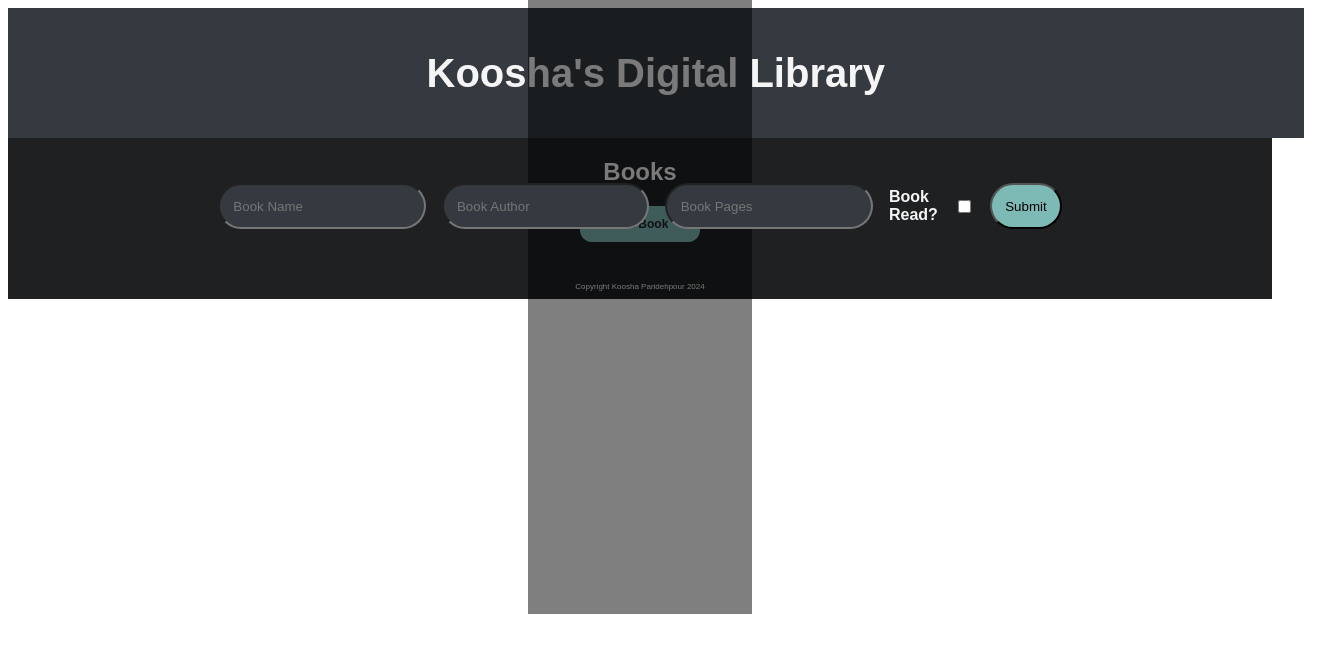
Repository: KooshaPari/odin-TTT
Page: index.html
These files come from the project's save history. The page is drawn as it stood at one moment and after the next save; the edit follows.
The browser window is 1280 px wide. The page is 1304 px wide, then 1328 px, so the pictures cover 1328 px, including what lies to the right of the window. The pictures show the whole page.

Above is the page before, as saved 2024-03-14 21:53:59.
Console error: TypeError: Document.querySelector is not a function

### index.html
<!doctype html>
<html lang="en">
  <head>
    <meta charset="UTF-8" />
    <script src="./lib.js"></script>
    <link rel="stylesheet" href="./style.css" />
    <meta name="viewport" content="width=device-width, initial-scale=1.0" />
    <title>Document</title>
  </head>
  <body>
    <div id="parent">
      <div id="header">
        <h1>Koosha's Digital Library</h1>
      </div>
      <div id="body">
        <div class="isVisible" id="bookForm">
          <form id="bookAdd">
            <input type="text" class="inpForm" id="bookName" placeholder="Book Name" />
            <input type="text" class="inpForm" id="bookAuthor" placeholder="Book Author" />
            <input type="text" class="inpForm" id="bookPages" placeholder="Book Pages" />
            <label id="bookLBL">Book Read?</label>
            <input type="checkbox" class="inpForm" id="bookRead" placeholder="Book Read" />

            <button id="subBtn" type="submit">Submit</button>
          </form>
        </div>
        <h2 id="title">Books</h2>
        <button id="add-book">Add Book</button>
        <ol id="book-list"></ol>
      </div>
      <div id="footer">
        <p>Copyright Koosha Paridehpour 2024</p>
      </div>
    </div>
  </body>
</html>

### lib.js
const myLibrary = []
function Book(title, author, pages, read) {
  this.title = title
  this.author = author
  this.pages = pages
  this.read = read
}

function addBookToLibrary(book) {
  myLibrary.push(book)
}
const page = Document.querySelector('#body')
const bookList = Document.querySelector('#book-list')
const bookForm = Document.querySelector('#bookForm')
/* CREATE PREMADE CARD GENERIC THAT IS CLONE & MODIFIED WITH GIVEN INFORMATION */
function render() {
  for (let book of myLibrary) {
    bookList.appendChild(createBookCard(book))
  }
}
const addBook = document.querySelector('#add-book')
addBook.addEventListener('click', () => bookAddHandler())

function bookAddHandler() {
  bookForm.classList.toggle('isVisible')
}

### style.css
* {
  font-family: sans-serif;
}
#parent {
  background-color: #1f2022;
  width: 100%;
  height: 100%;
}
#header {
  background-color: #353a40;
  padding: 1.25%;
  width: 100%;
  height: 100%;
}
#header h1 {
  color: #f6f5f5;

  font-size: 2.5em;
}
#footer p {
  color: #f6f5f5;
  font-size: 0.5em;
}

#header,
#footer,
#body {
  display: flex;
  align-items: center;
  justify-content: center;
}
#title {
  color: #f6f5f5;
}
#body {
  flex-direction: column;
}
#add-book {
  color: #1f2022;
  background-color: #7ebab5;
  border-radius: 1em;
  border: none;
  padding: 0.5em;
  height: 3em;
  width: 10em;
  font-size: 12px;
  font-weight: bold;
  -webkit-border-radius: 1em;
  -moz-border-radius: 1em;
  -ms-border-radius: 1em;
  -o-border-radius: 1em;
}
#bookForm {
  position: absolute;
  width: 10vw;
  height: 100%;
  padding: 3em;
  background-color: rgba(0, 0, 0, 0.5);
  align-items: center;
  justify-content: center;
  display: flex;
}
#bookAdd {
  align-items: center;
  justify-content: center;
  display: flex;
  gap: 1em;
}
.isVisible {
  visibility: visible;
}
#add-book:hover {
  background-color: #5e8d87;
}
#add-book:active {
  background-color: #3e6d67;
}
.inpForm {
  flex: 1;
  background-color: #353a40;
  padding: 1em;
  border-radius: 2em;
}
#bookRead {
  background-color: red;
}
#bookLBL {
  color: #f6f5f5;
  font-weight: bold;
}
#subBtn {
  background: #7ebab5;
  border-radius: 2em;
  padding: 1em;
  -webkit-border-radius: 2em;
  -moz-border-radius: 2em;
  -ms-border-radius: 2em;
  -o-border-radius: 2em;
}

After the next save:
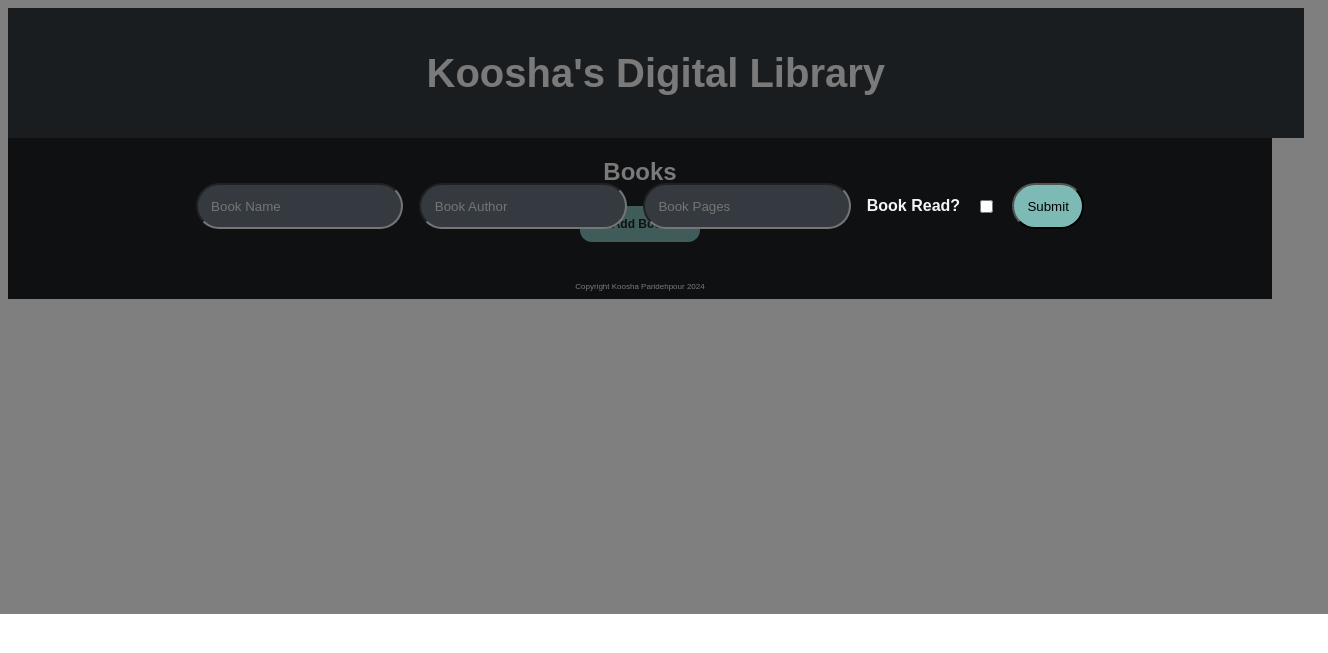
Saved 4 s later.
--- a/style.css
+++ b/style.css
@@ -52,7 +52,7 @@
 }
 #bookForm {
   position: absolute;
-  width: 10vw;
+  width: 100vw;
   height: 100%;
   padding: 3em;
   background-color: rgba(0, 0, 0, 0.5);
